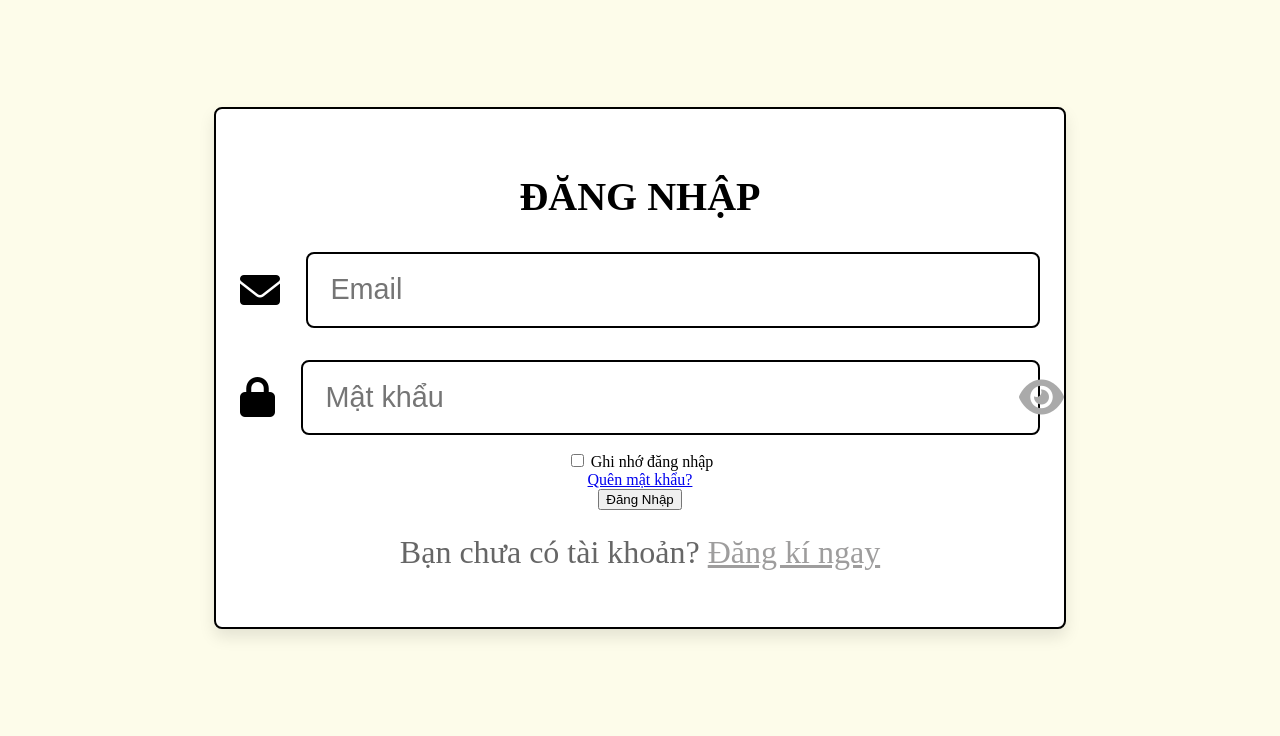
Repository: Dien973/expense_manager
Page: http://localhost/expense_manager/user_page/login.php
These files come from the project's save history. The page is drawn as it stood at one moment and after the next save; the edit follows.
The browser window is 1280 px wide. The pictures show the whole page.
The page is run by PHP 8.4 with error messages shown; the project is at /var/www/html/. user_page/conn.php is not in the repository; a stand-in opens the database connection. Other server files are loaded and not shown.

Above is the page before, as saved 2025-12-05 14:09:26.

### user_page/login.php
<?php

@include 'conn.php';

session_start();

if(isset($_POST['submit'])){

   $filter_email = filter_var($_POST['email'], FILTER_SANITIZE_STRING);
   $email = mysqli_real_escape_string($conn, $filter_email);
   $filter_pass = filter_var($_POST['pass'], FILTER_SANITIZE_STRING);
   $pass = mysqli_real_escape_string($conn, $filter_pass);

   $select_users = mysqli_query($conn, "SELECT * FROM `users` WHERE email = '$email' AND upassword = '$pass'") or die('Thất bại');


   if(mysqli_num_rows($select_users) > 0){

      $row = mysqli_fetch_assoc($select_users);

      if($row['urole'] == 'admin'){

         $_SESSION['admin_name'] = $row['uname'];
         $_SESSION['admin_email'] = $row['email'];
         $_SESSION['admin_id'] = $row['uid'];
         header('location:admin_page.php');

      }elseif($row['urole'] == 'user'){

         $_SESSION['user_name'] = $row['uname'];
         $_SESSION['user_email'] = $row['email'];
         $_SESSION['user_id'] = $row['uid'];
         header('location:home.php');

      }else{
         $message[] = 'Không tìm thấy người dùng!';
      }

   }else{
      $message[] = 'Sai email hoặc mật khẩu!';
   }

}

?>

<!DOCTYPE html>
<html lang="en">
<head>
   <meta charset="UTF-8">
   <meta http-equiv="X-UA-Compatible" content="IE=edge">
   <meta name="viewport" content="width=device-width, initial-scale=1.0">
   <title>Đăng nhập</title>

   <!-- font awesome cdn link  -->
   <link rel="stylesheet" href="https://cdnjs.cloudflare.com/ajax/libs/font-awesome/6.0.0/css/all.min.css">

   <!-- custom css file link  -->
   <link rel="stylesheet" href="../css/main.css">

</head>
<body>

<?php
if(isset($message)){
   foreach($message as $message){
      echo '
      <div class="message">
         <span>'.$message.'</span>
         <i class="fas fa-times" onclick="this.parentElement.remove();"></i>
      </div>
      ';
   }
}
?>

<section class="form-container">

   <form action="" method="post">
      <h3>Đăng Nhập</h3>

      <div class="input-boxes">
         <div class="inpt">
            <i class="fas fa-envelope"></i>
            <input type="email" name="email" class="box" placeholder="Email" required>
         </div>
         <div class="inpt">
            <i class="fas fa-lock"></i>
            <input type="password" name="pass" class="box" placeholder="Mật khẩu" required>
            <i class="fa-solid fa-eye" id="eye"></i>
         </div>
         <div>
            <input id="remember-login" type="checkbox" name="remember">
            <label for="remember-login">Ghi nhớ đăng nhập</label>
         </div>
         <div class="forgot-password" class="text"><a href="#">Quên mật khẩu?</a></div>
         <input type="submit" class="btn" name="submit" value="Đăng Nhập">
         <p>Bạn chưa có tài khoản? <a href="signup.php">Đăng kí ngay</a></p>
      </div>
   </form>
</section>

</body>
</html>

### css/main.css
body {
  background-color: rgb(253, 252, 234);
}
/*----------FORM ĐĂNG NHẬP------------*/
.form-container {
  display: flex;
  align-items: center;
  justify-content: center;
  min-height: 100vh;
}

.form-container form {
  padding: 1.5rem;
  border-radius: 0.5rem;
  border: #000 solid 2px;
  background-color: #ffffff;
  box-shadow: 0 0.5rem 1rem rgba(0, 0, 0, 0.1);
  width: 50rem;
  text-align: center;
}

.form-container form h3 {
  font-size: 2.5rem;
  text-transform: uppercase;
  color: #000;
  margin-bottom: 1rem;
}

.form-container form .inpt {
  display: flex;
  align-items: center; /* Căn chỉnh theo chiều dọc */
  gap: 10px; /* Tạo khoảng cách giữa icon và input */
}
.form-container form .box {
  width: 100%;
  padding: 1.2rem 1.4rem;
  font-size: 1.8rem;
  color: #000;
  border: #000 solid 2px;
  background-color: #fff;
  margin: 1rem 0;
  border-radius: 0.5rem;
  position: relative;
}

#eye {
  position: absolute;
  right: 200px;
  cursor: pointer;
  /* Tùy chọn: đổi màu cho dễ nhìn */
  color: #aaa;
}

.form-container form i {
  color: #000;
  font-size: 2.5rem;
  margin-right: 1rem;
}

.form-container form p {
  margin-top: 1.5rem;
  font-size: 2rem;
  color: #666;
}

.form-container form p a {
  color: #9e9d9d;
}

.form-container form p a:hover {
  text-decoration: underline;
}

After the next save:
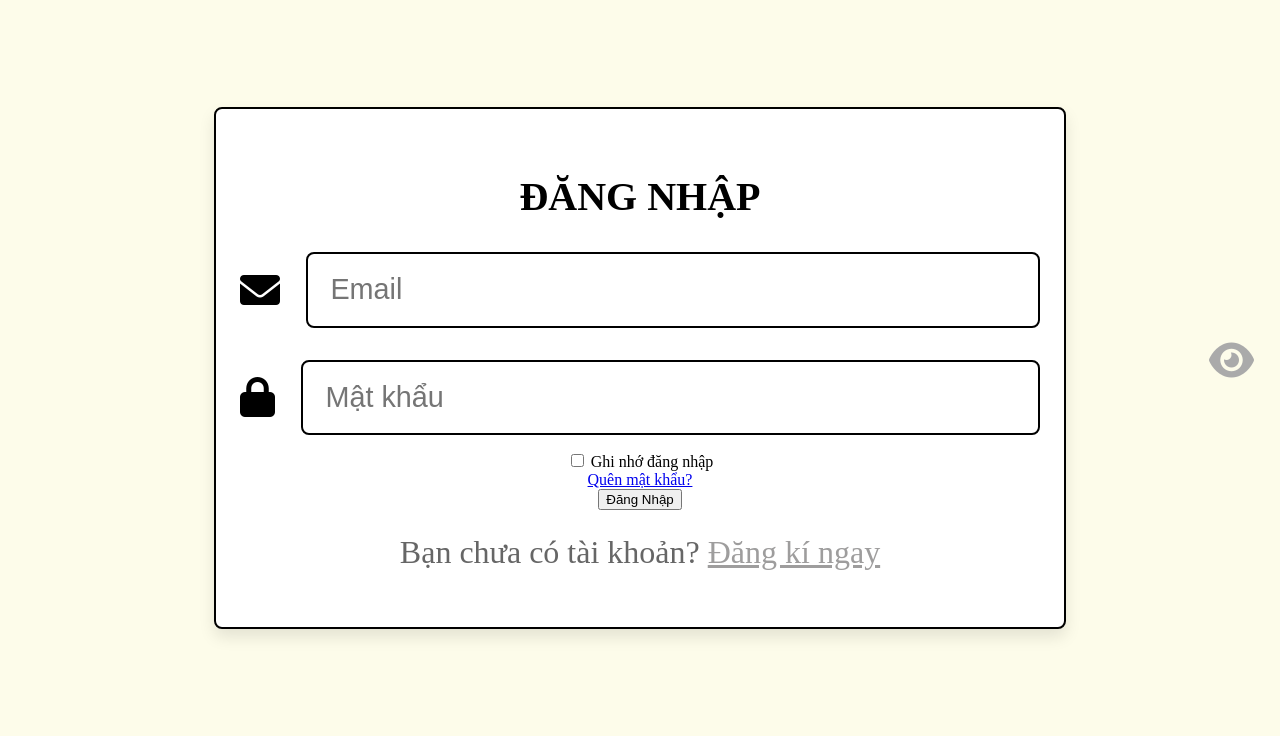
Saved 32 s later.
--- a/css/main.css
+++ b/css/main.css
@@ -45,7 +45,9 @@ body {
 
 #eye {
   position: absolute;
-  right: 200px;
+  right: 10px;
+  top: 50%;
+  transform: translateY(-50%);
   cursor: pointer;
   /* Tùy chọn: đổi màu cho dễ nhìn */
   color: #aaa;
